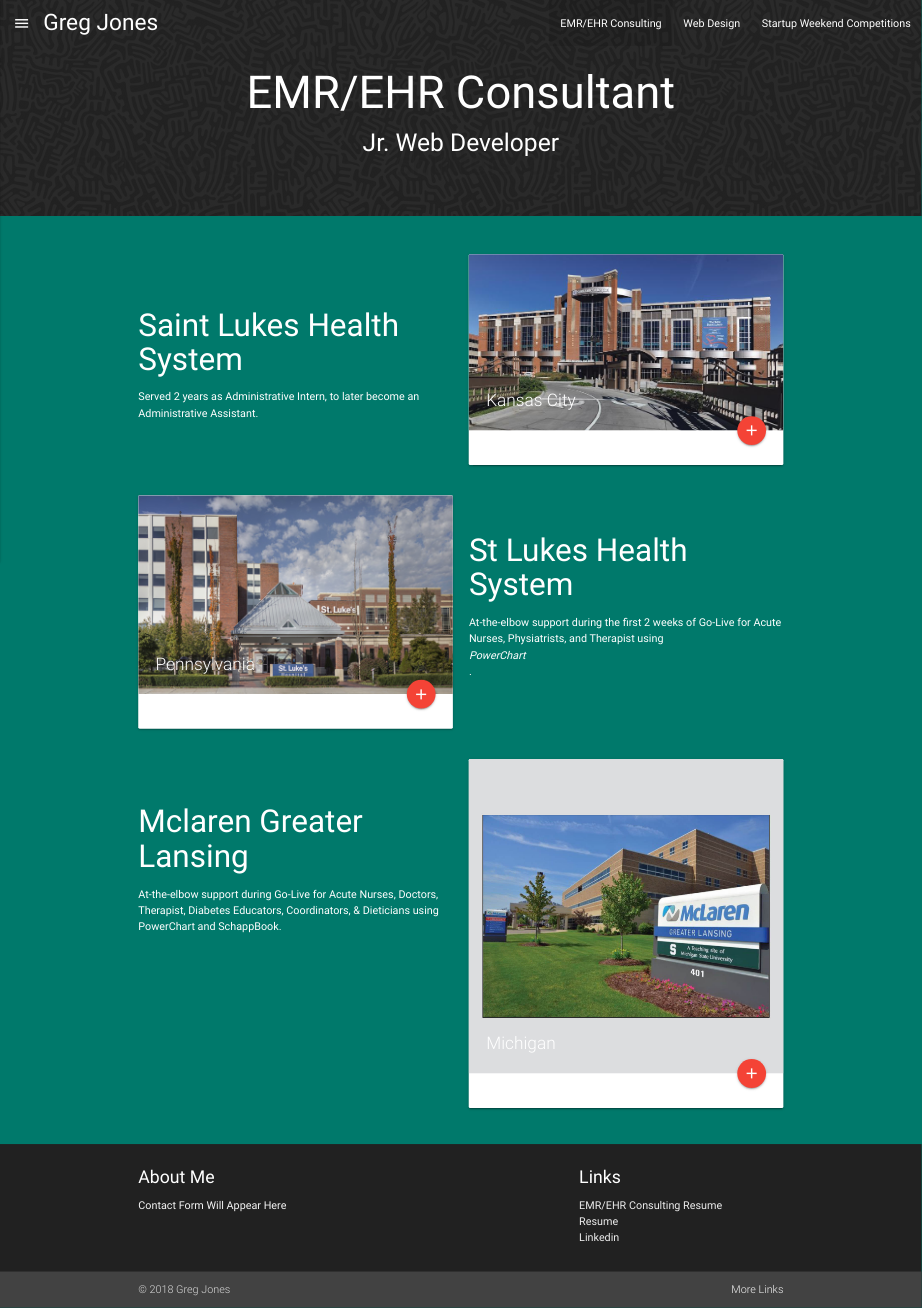
Repository: Greg919617/Existing-Portfolio
Page: index.html
The author's editor kept a copy of each file at every save. The page is drawn from the files as they stood at one save, then again after the next save.
The browser window is 1280 px wide. The pictures show the whole page, at 72% of full size.
Some web libraries are served in a nearby version.

Above is the page before, as saved 2018-06-26 21:13:06.

### index.html
<!DOCTYPE html>
<html>

<head>
  <!--Import Google Icon Font-->
  <link href="https://fonts.googleapis.com/icon?family=Material+Icons" rel="stylesheet">
  <!--Import materialize.css-->
  <link type="text/css" rel="stylesheet" href="css/materialize.min.css" media="screen,projection" />
  <link type="text/css" rel="stylesheet" href="css/main.css" />

  <!--Let browser know website is optimized for mobile-->
  <meta name="viewport" content="width=device-width, initial-scale=1.0" />
  <title>Greg Jones Portfolio Site</title>
</head>

<body>
  <!-- Header -->
  <header class="main-header">
    <nav class="transparent nav-wrapper z-depth-0">
      <div class="nav-wrapper">
        <a href="#" data-activates="mobile-nav" class="button-collapse show-on-large">
          <i class="material-icons">menu</i>
        </a>
        <a href="index.html" class="brand-logo">Greg Jones</a>
        <ul class="right hide-on-med-and-down">
          <li class="active">
            <a href="index.html">EMR/EHR Consulting</a>
          </li>
          <li>
            <a href="web-design.html">Web Design</a>
          </li>
          <li>
            <a href="sw.html">Startup Weekend Competitions</a>
          </li>
        </ul>
      </div>
      <ul class="side-nav" id="mobile-nav">
        <li>
          <a href="index.html">EMR/EHR Consulting</a>
        </li>
        <li>
          <a href="web-design.html">Web Design</a>
        </li>
        <li>
          <a href="sw.html">Startup Weekend Competitions</a>
        </li>
      </ul>
    </nav>
    <h1 class="center">EMR/EHR Consultant</h1>
    <h4 class="center">Jr. Web Developer</h4>
  </header>

  <!-- Section: Main -->
  <section class="section section-main">
    <div class="container">
      <!-- Row 1 -->
      <div class="row row-1">
        <div class="col m6 hide-on-small-only">
          <div class="img-content">
            <h3>Saint Lukes Health System</h3>
            Served 2 years as Administrative Intern, to later become an Administrative Assistant.
          </div>
        </div>
        <div class="col m6">
          <div class="card">
            <div class="card-image">
              <img src="img/gallery/saintlukes.jpg" alt="">
              <span class="card-title">Kansas City</span>
              <a href="#abstract1" class="btn-floating halfway-fab waves-effect waves-light red modal-trigger">
                <i class="material-icons">add</i>
              </a>
            </div>
            <div class="card-content">
              <p>
                <!-- <i class="material-icons">star</i>
                <i class="material-icons">star</i>
                <i class="material-icons">star</i>
                <i class="material-icons">star</i>
                <i class="material-icons">star</i> -->
              </p>
            </div>
          </div>
        </div>
      </div>

      <!-- Row 2 -->
      <div class="row row-2">
        <div class="col m6">
          <div class="card">
            <div class="card-image">
              <img src="img/gallery/St-Lukes.jpg" alt="">
              <span class="card-title">Pennsylvania</span>
              <a href="#abstract2" class="btn-floating halfway-fab waves-effect waves-light red modal-trigger">
                <i class="material-icons">add</i>
              </a>
            </div>
            <div class="card-content">
              <p>
                <!-- <i class="material-icons">star</i>
                <i class="material-icons">star</i>
                <i class="material-icons">star</i>
                <i class="material-icons">star</i>
                <i class="material-icons">star_half</i> -->
              </p>
            </div>
          </div>
        </div>
        <div class="col m6 hide-on-small-only">
          <div class="img-content">
            <h3>St Lukes Health System</h3>
            At-the-elbow support during the first 2 weeks of Go-Live for Acute Nurses, Physiatrists, and Therapist using <i>PowerChart</i>.
          </div>
        </div>
      </div>

      <!-- Row 3 -->
      <div class="row row-3">
        <div class="col m6 hide-on-small-only">
          <div class="img-content">
            <h3>Mclaren Greater Lansing</h3>
            At-the-elbow support during Go-Live for Acute Nurses, Doctors, Therapist, Diabetes Educators, Coordinators, & Dieticians using PowerChart and SchappBook.
          </div>
        </div>
        <div class="col m6">
          <div class="card">
            <div class="card-image">
              <img src="img/gallery/mclaren.jpg" alt="">
              <span class="card-title">Michigan</span>
              <a href="#abstract3" class="btn-floating halfway-fab waves-effect waves-light red modal-trigger">
                <i class="material-icons">add</i>
              </a>
            </div>
            <div class="card-content">
              <p>
                <!-- <i class="material-icons">star</i>
                <i class="material-icons">star</i>
                <i class="material-icons">star</i>
                <i class="material-icons">star</i>
                <i class="material-icons">star</i> -->
              </p>
            </div>
          </div>
        </div>
      </div>
    </div>
  </section>

  <!-- Footer -->
  <footer class="page-footer">
    <div class="container">
      <div class="row">
        <div class="col l6 s12">
          <h5 class="white-text">About Me</h5>
          <p class="grey-text text-lighten-4">Contact Form Will Appear Here</p>
        </div>
        <div class="col l4 offset-l2 s12">
          <h5 class="white-text">Links</h5>
          <ul>
            <li>
              <a class="grey-text text-lighten-3" href="resources/emr-resume.pdf">EMR/EHR Consulting Resume</a>
            </li>
            <li>
              <a class="grey-text text-lighten-3" href="resources/updated-resume.pdf">Resume</a>
            </li>
            <li>
              <a class="grey-text text-lighten-3" href="https://www.linkedin.com/in/greg-jones-47544b88
              ">Linkedin</a>
            </li>

          </ul>
        </div>
      </div>
    </div>
    <div class="footer-copyright">
      <div class="container">
        © 2018 Greg Jones
        <a class="grey-text text-lighten-4 right" href="#!">More Links</a>
      </div>
    </div>
  </footer>

  <!-- Modal 1 -->
  <div id="abstract1" class="modal">
    <div class="modal-content">
      <h4>Saint Lukes Health System</h4>
      <img src="img/gallery/slhgroup.jpg" alt="" class="responsive-img">

      <br>
      <br>
      <br>Epic Training and Courses
      <br>
      <br>

      <br>Epic Cadence Registration
      <br> Epic Cadence Scheduling
      <br>Performance Improvement in the Workplace
      <br>Reading Studies in Radiant
      <br>Wet Reads in Radiant
      <br> Introduction to Willow
      <br>Willow IP Barcode Validation Training
      <br> ED NA/IA Online Training
      <br>Consult Tracking
    </div>
    <div class="modal-footer">
      <p>
        <!-- <i class="material-icons">star</i>
        <i class="material-icons">star</i>
        <i class="material-icons">star</i>
        <i class="material-icons">star</i>
        <i class="material-icons">star</i> -->
      </p>
    </div>
  </div>

  <!-- Modal 2 -->
  <div id="abstract2" class="modal">
    <div class="modal-content">
      <h4>Cerner PowerChart</h4>
      <img src="img/gallery/St-Lukes.jpg" alt="St Lukes Allentown, PA" class="responsive-img"> <br> At-the-elbow support during the Go-Live for Acute Nurses, Physiatrist, and Therapist using PowerChart.
    </div>
    <div class="modal-footer">
      <p>
        <!-- <i class="material-icons">star</i>
        <i class="material-icons">star</i>
        <i class="material-icons">star</i>
        <i class="material-icons">star</i>
        <i class="material-icons">star_half</i> -->
      </p>
    </div>
  </div>

  <!-- Modal 3 -->
  <div id="abstract3" class="modal">
    <div class="modal-content">
      <h4>Cerner PowerChart and SchappBook</h4>
      <img src="img/gallery/mclaren.jpg" alt="Mclaren Greater Lansing" class="responsive-img"> <br> At-the-elbow support during Go-Live for Medical Assistants, Medical Doctors, Diabetes Educators, Coordinators, and Dieticians using PowerChart/SchappBook.
    </div>
    <div class="modal-footer">
      <p>
        <!-- <i class="material-icons">star</i>
        <i class="material-icons">star</i>
        <i class="material-icons">star</i>
        <i class="material-icons">star</i>
        <i class="material-icons">star_half</i> -->
      </p>
    </div>
  </div>

  <!--Import jQuery before materialize.js-->
  <script type="text/javascript" src="https://code.jquery.com/jquery-3.2.1.min.js"></script>
  <script type="text/javascript" src="js/materialize.min.js"></script>
  <script>
    $(document).ready(function () {
      // Init Sidenav
      $('.button-collapse').sideNav();

      // Init Modal
      $('.modal').modal();

      // Scrollfire
      const options = [
        {
          selector: '.row-1', offset: 50, callback: function (el) {
            Materialize.fadeInImage($(el));
          }
        },
        {
          selector: '.row-2', offset: 300, callback: function (el) {
            Materialize.fadeInImage($(el));
          }
        },
        {
          selector: '.row-3', offset: 400, callback: function (el) {
            Materialize.fadeInImage($(el));
          }
        }
      ];

      Materialize.scrollFire(options);

    });
  </script>
</body>

</html>

Loaded but not shown: css/materialize.min.css (library); css/main.css (library); js/materialize.min.js (library)

After the next save:
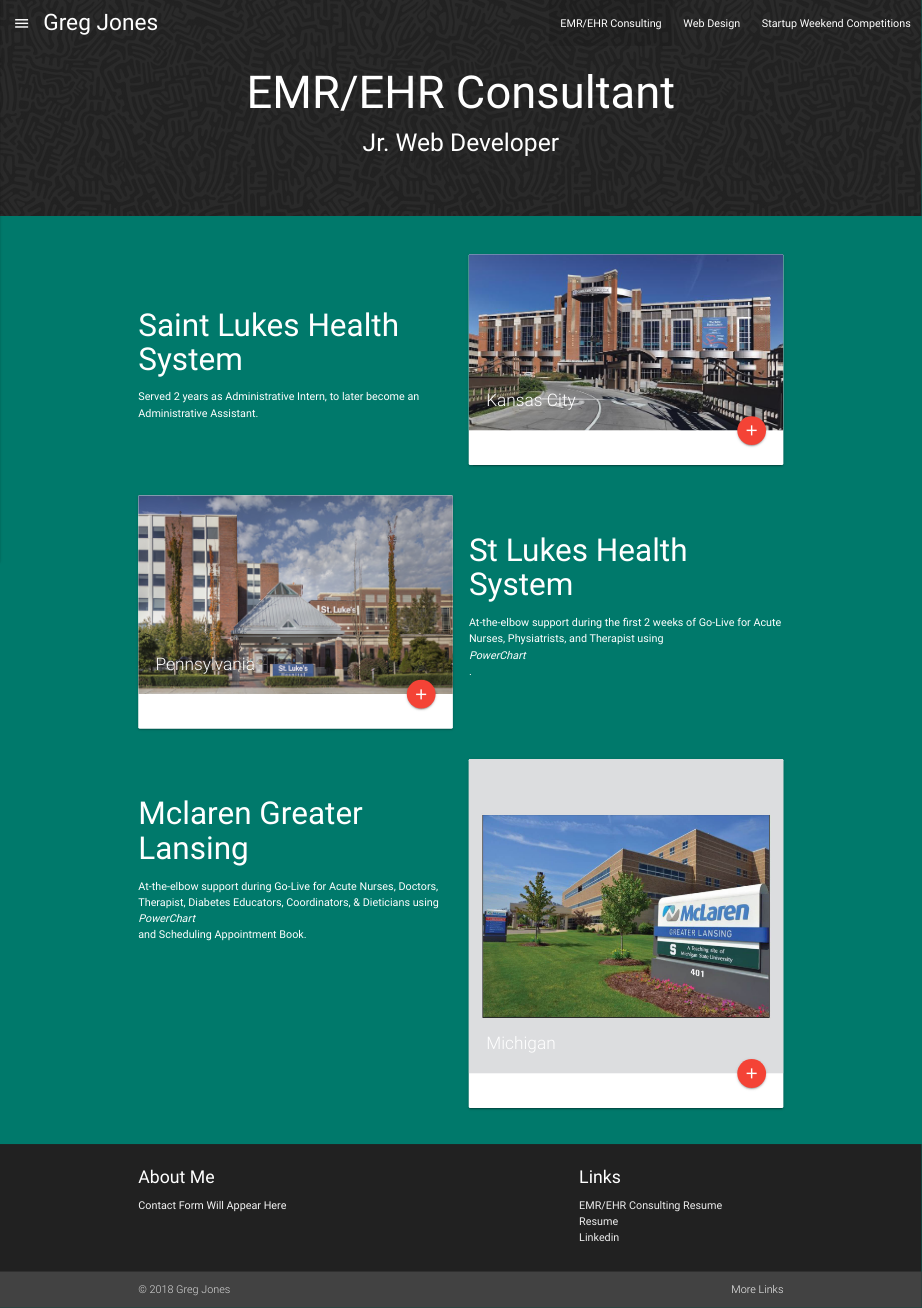
Saved 79 s later.
--- a/index.html
+++ b/index.html
@@ -118,7 +118,7 @@
         <div class="col m6 hide-on-small-only">
           <div class="img-content">
             <h3>Mclaren Greater Lansing</h3>
-            At-the-elbow support during Go-Live for Acute Nurses, Doctors, Therapist, Diabetes Educators, Coordinators, & Dieticians using PowerChart and SchappBook.
+            At-the-elbow support during Go-Live for Acute Nurses, Doctors, Therapist, Diabetes Educators, Coordinators, & Dieticians using <i>PowerChart</i> and Scheduling Appointment Book.
           </div>
         </div>
         <div class="col m6">
